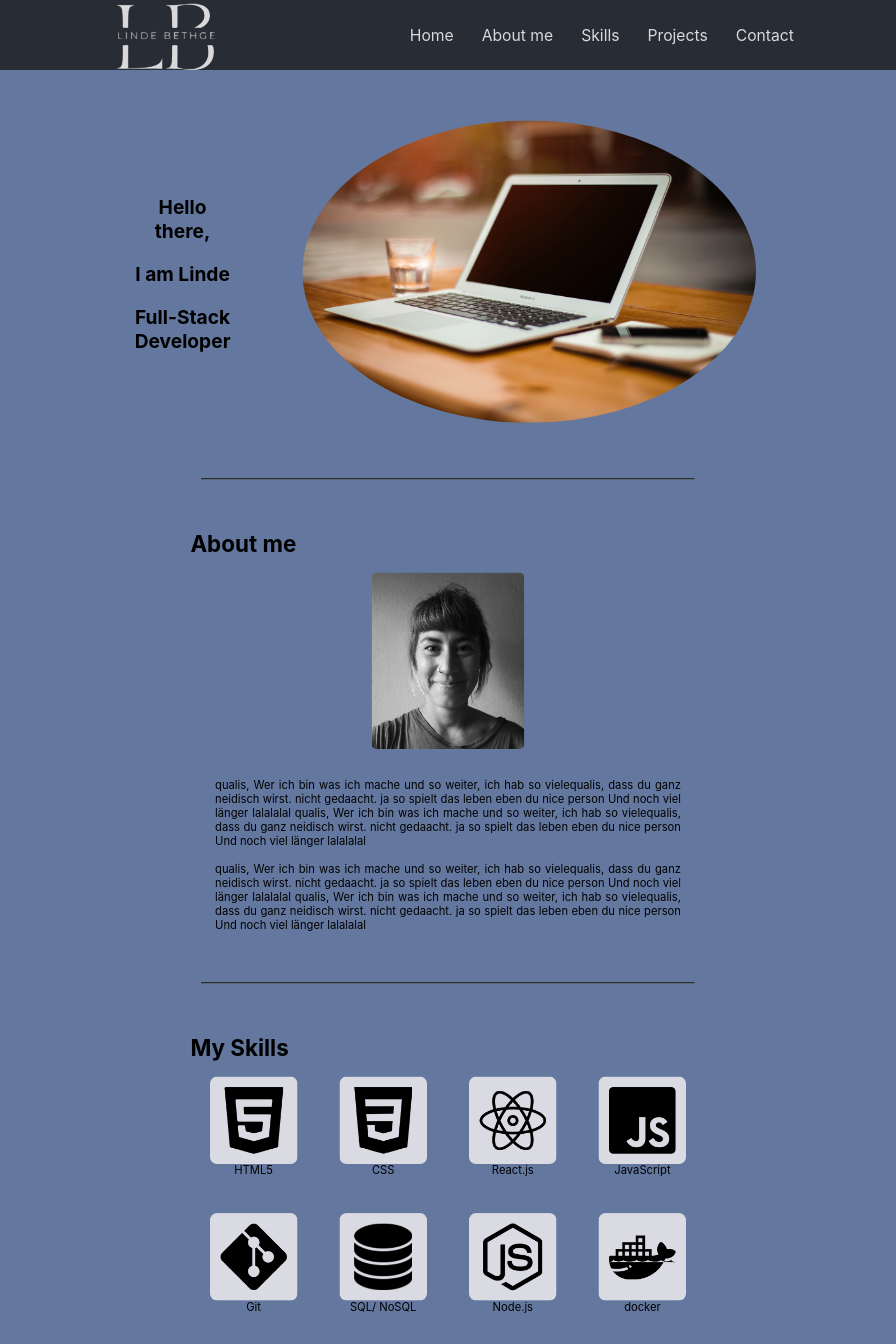
Repository: tiliax/linde-bethge
Page: /
An editor plug-in stored every save of this project. The page is shown before and after the next save, followed by the edit.
The browser window is 1280 px wide. The pictures show the part of the page from y = 0 to 1920 px (the page is 3380 px tall), at 70% of full size.
The project was rebuilt for these pictures with package versions that can differ from the ones it lists, and the page was loaded fresh each time.

Above is the page before, as saved 2023-03-06 21:18:16.

After the next save:
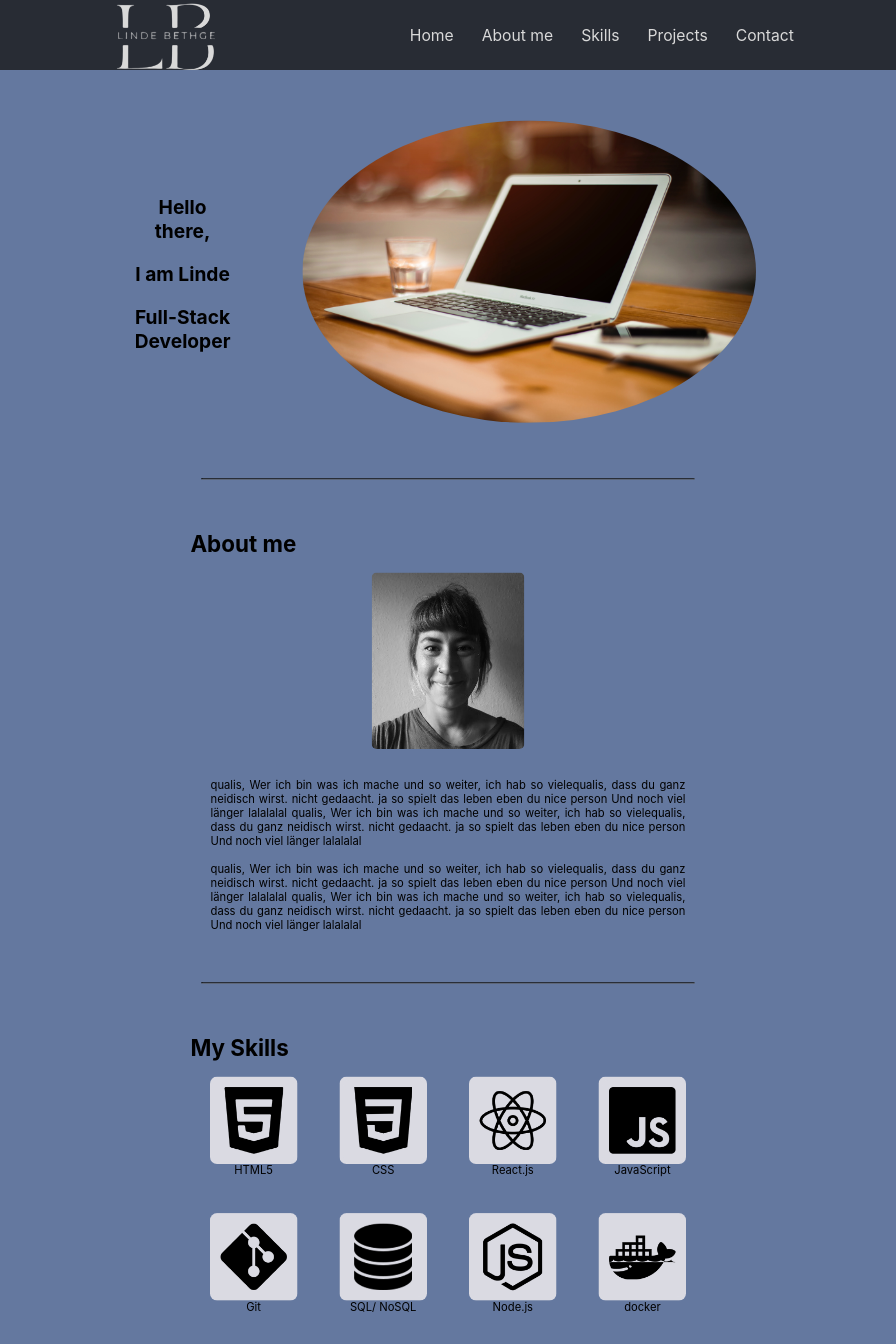
Saved 12 s later.
--- a/src/App.css
+++ b/src/App.css
@@ -105,7 +105,7 @@
 }
 
 .aboutme p {
-  width: 52vw;
+  width: 53vw;
   margin-left: auto;
   margin-right: auto;
   text-align: justify;
